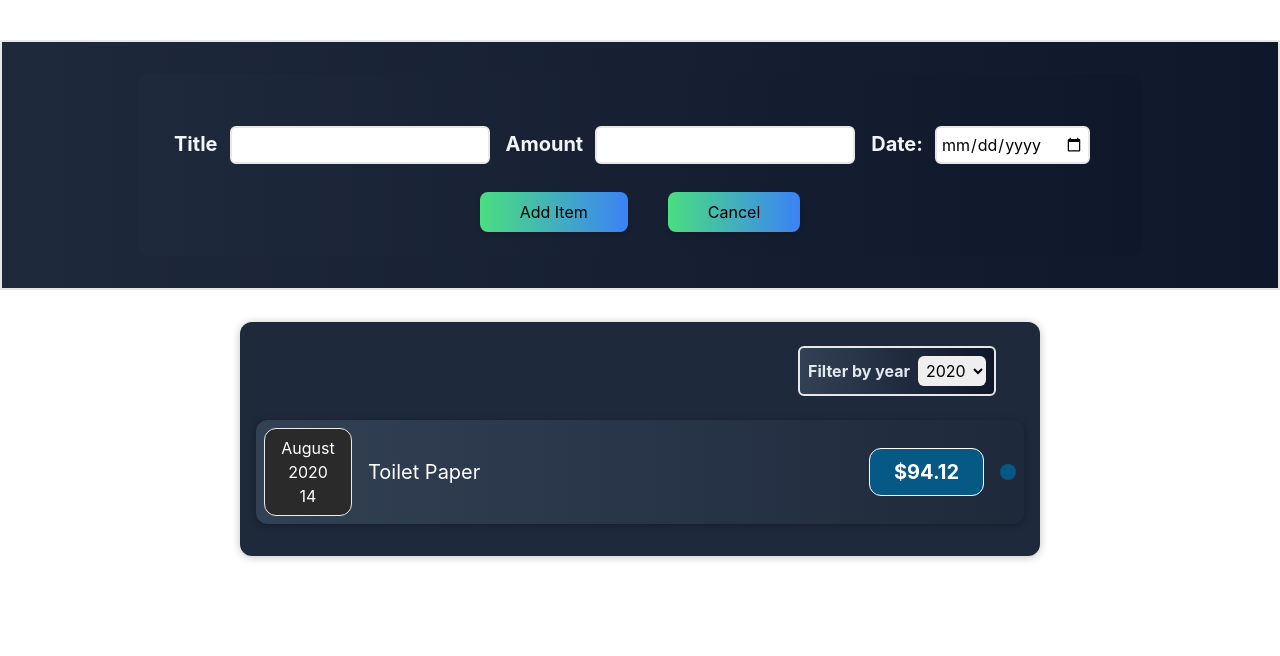
Repository: Sef24/expense-tracker
Page: /, after clicking the first element matching `button.flex`
An editor plug-in stored every save of this project. The page is shown before and after the next save, followed by the edit.
The browser window is 1280 px wide. The pictures show the whole page.
The project was rebuilt for these pictures with package versions that can differ from the ones it lists, and the page was loaded fresh each time. Also part of the build but not shown: src/components/NewExpense/NewExpense.css, src/components/NewExpense/ExpenseForm.css.

Above is the page before, as saved 2022-05-03 19:06:32.

After the next save:
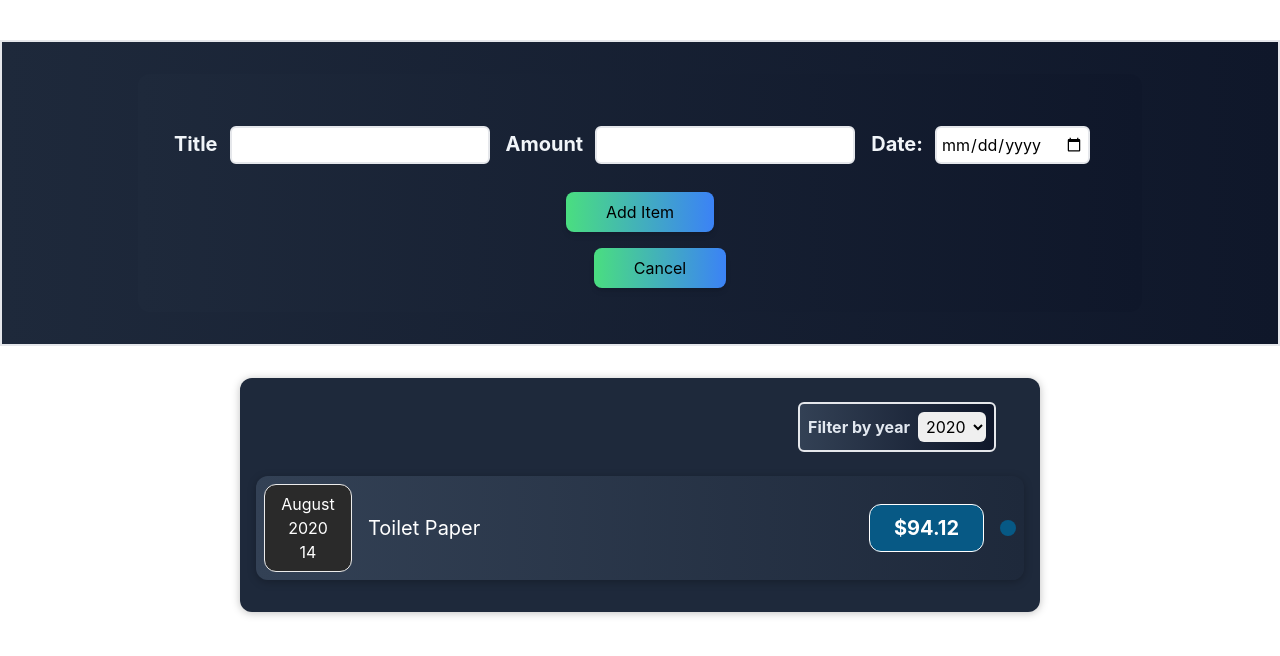
Saved 6 s later.
--- a/src/components/NewExpense/ExpenseForm.js
+++ b/src/components/NewExpense/ExpenseForm.js
@@ -64,7 +64,7 @@ function ExpenseForm(props) {
           value={dateHandler}
         />
       </div>
-      <div className="flex flex-col-2 space-x-10 items-center justify-center ">
+      <div className="flex flex-col space-x-10 items-center justify-center ">
         <button
           type="submit"
           className="p-2 mt-4 px-10 border-3 border-solid rounded-lg shadow-md

After the save that followed:
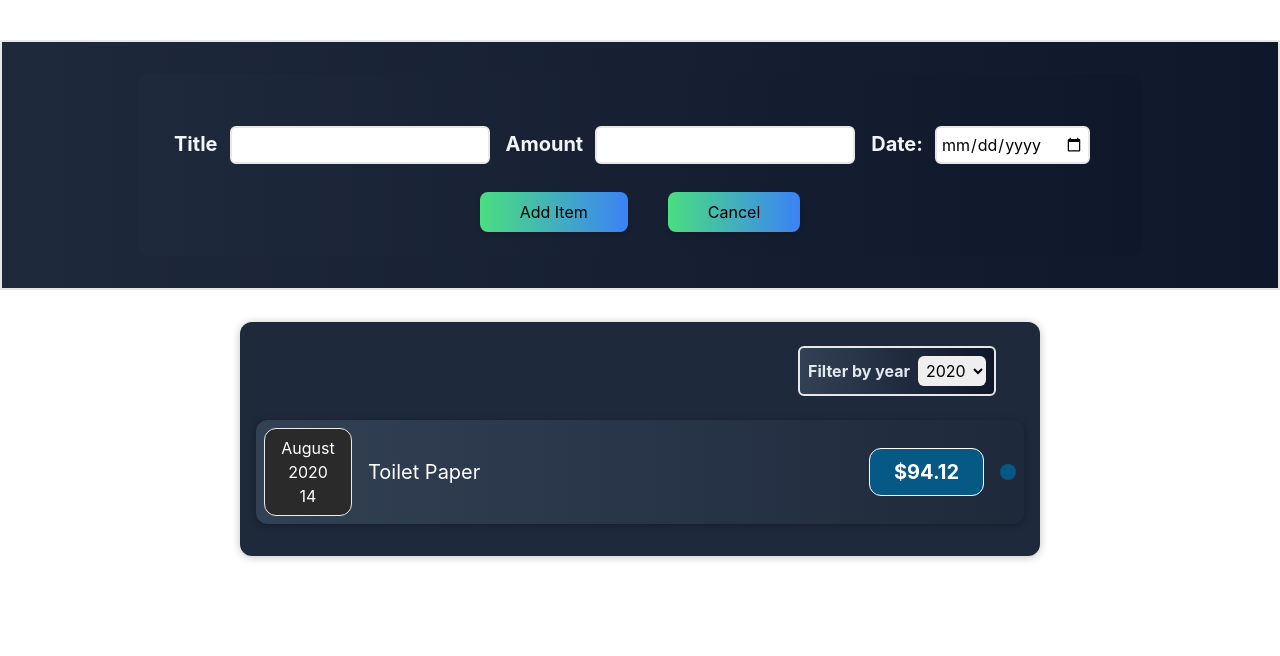
Saved 11 s later.
--- a/src/components/NewExpense/ExpenseForm.js
+++ b/src/components/NewExpense/ExpenseForm.js
@@ -64,7 +64,7 @@ function ExpenseForm(props) {
           value={dateHandler}
         />
       </div>
-      <div className="flex flex-col space-x-10 items-center justify-center ">
+      <div className="flex flex-col-2 space-x-10 items-center justify-center ">
         <button
           type="submit"
           className="p-2 mt-4 px-10 border-3 border-solid rounded-lg shadow-md
